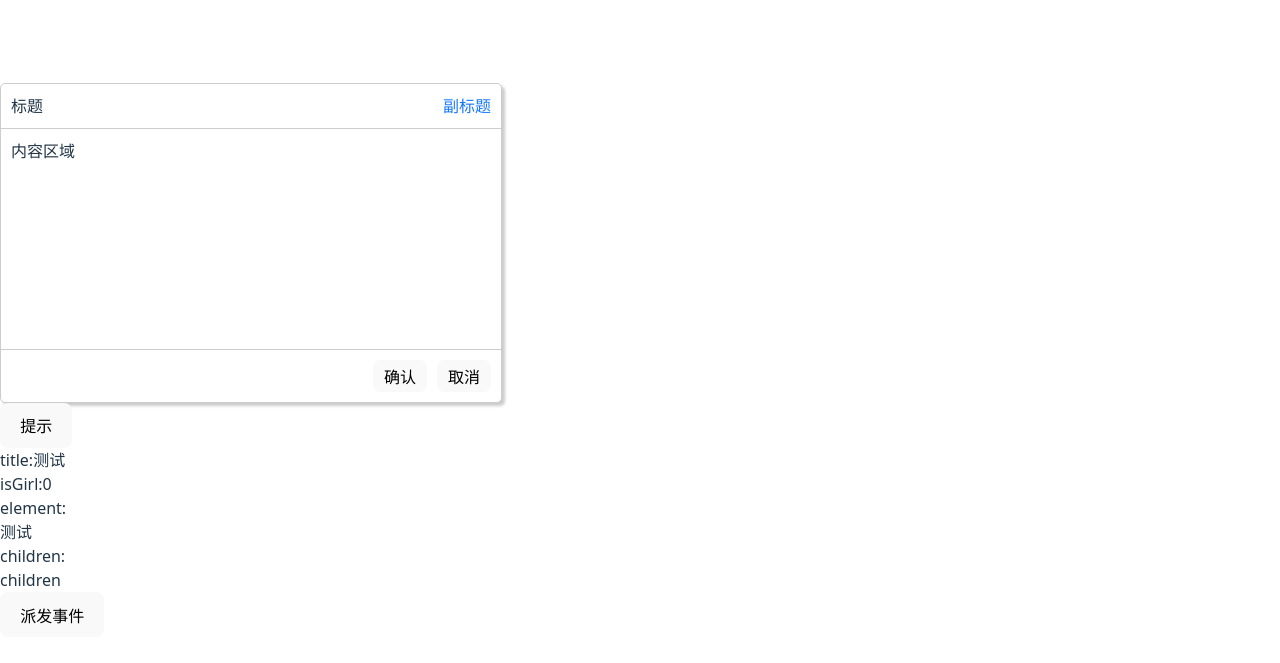
Repository: EDMZJJJ/learn-react
Page: /
The author's editor kept a copy of each file at every save. The page is drawn from the files as they stood at one save, then again after the next save.
The browser window is 1280 px wide. The pictures show the whole page.
The project was rebuilt for these pictures with package versions that can differ from the ones it lists, and the page was loaded fresh each time. Also part of the build but not shown: vite.config.ts, src/components/Message/index.css, src/components/Message/index.tsx.

Above is the page before, as saved 2026-03-10 23:12:07.

### index.html
<!doctype html>
<html lang="en">
  <head>
    <meta charset="UTF-8" />
    <link rel="icon" type="image/svg+xml" href="/vite.svg" />
    <meta name="viewport" content="width=device-width, initial-scale=1.0" />
    <title>learn-react</title>
  </head>
  <body>
    <div id="root"></div>
    <script type="module" src="/src/main.tsx"></script>
  </body>
</html>

### src/main.tsx
import { StrictMode } from 'react'
import { createRoot } from 'react-dom/client'
import './index.css'
import App from './App.tsx'
import './components/Message/index.tsx'
createRoot(document.getElementById('root')!).render(
  <StrictMode>
    <App />
  </StrictMode>,
)

### src/App.tsx
import Card from "./components/Card"
import Test from "./components/Test"

function App() {
  //所有hook都必须在组件的最顶层调用，不能在循环或条件语句中调用它。
  const fn = (params:string)=>{
    console.log('子组件触发了 父组件的事件',params)
  }
  return (
    <>
      <Card></Card>
      {/* 全局组件 */}
      <button onClick={() => window.onShow()}>提示</button>

      {/* 组件通信 */}
      <Test
        title={'测试'}
        id={1}
        obj={{ a: 1, b: 2 }}
        arr={[1, 2, 3]}
        cb={(a: number, b: number) => a + b}
        empty={null}
        element={<div>测试</div>}
        isGirl={false}
        callback={fn}
      >
        <div>children</div>
      </Test>
    </>
  )
}

export default App

### src/components/Card/index.tsx
import './index.css'

export default function Card() {
    return (
        <div className='card'>
            <header>
                <div>标题</div>
                <div>副标题</div>
            </header>
            <main>
                内容区域
            </main>
            <footer>
                 <button>确认</button>
                 <button>取消</button>
            </footer>
        </div>
    )
}

### src/components/Test/index.tsx
import type { JSX } from "react"
import React from "react"
interface Props {
    title?: string
    id: number
    obj: {
        a: number
        b: number
    }
    arr: number[]
    cb: (a: number, b: number) => number
    empty: null
    element: JSX.Element,
    isGirl:boolean,
    children?:React.ReactNode, //在之前的版本children是不需要手动定义的，在18之后改为需要手动定义类型
    callback:(params: string) => void
}
// 第二种默认值的方式
// const defaultProps: Partial<Props> = {
//     title: '默认标题',
// }
// const Test:React.FC<Props> = (props)=>{
// const { title } = { ...defaultProps, ...props }
//   console.log(props)
//   return (
//     <>
//     <div>title:{title}</div>
//     <div>isGirl:{props.isGirl?1:0}</div>
//     <div>子组件test:{props.element}</div>
//     </>
//   )
// }

// React.FC是函数式组件，是在TS使用的一个范型。FC是Function Component的缩写
// React.FC 帮助我们自动推导Props的类型。

// 第一种默认值的方式
const Test:React.FC<Props> = ({title = '默认标题',...props})=>{
  console.log(props)

  // 兄弟通信
  const event= new Event('on-card') //添加到事件中心
  const clickTap=()=>{
    console.log(event);
    event.params={name:'我见过龙'}
    window.dispatchEvent(event)

  }

  return (
    <>
    <div>title:{title}</div>
    <div>isGirl:{props.isGirl?1:0}</div>
    <div>element:{props.element}</div>
    <div>children:{props.children}</div>
    <button onClick={() => props.callback('我见过龙')}>派发事件</button>
    </>
  )
}
export default Test

### src/components/Card/index.css
.card {
  background: white;
  border-radius: 5px;
  border: 1px solid #ccc;
  width: 500px;
  box-shadow: 3px 3px 3px #ccc;

  header {
    display: flex;
    justify-content: space-between;
    align-items: center;
    border-bottom: 1px solid #ccc;
    padding: 10px;

    div:last-child {
      color: #1677ff;
    }
  }

  main {
    min-height: 200px;
    border-bottom: 1px solid #ccc;
    padding: 10px;
  }
  footer {
    display: flex;
    justify-content: flex-end;
    align-items: center;
    padding: 10px;
    button {
      margin-left: 10px;
      padding: 3px 10px;
    }
  }
}

Loaded but not shown: src/index.css (common file)

After the next save:
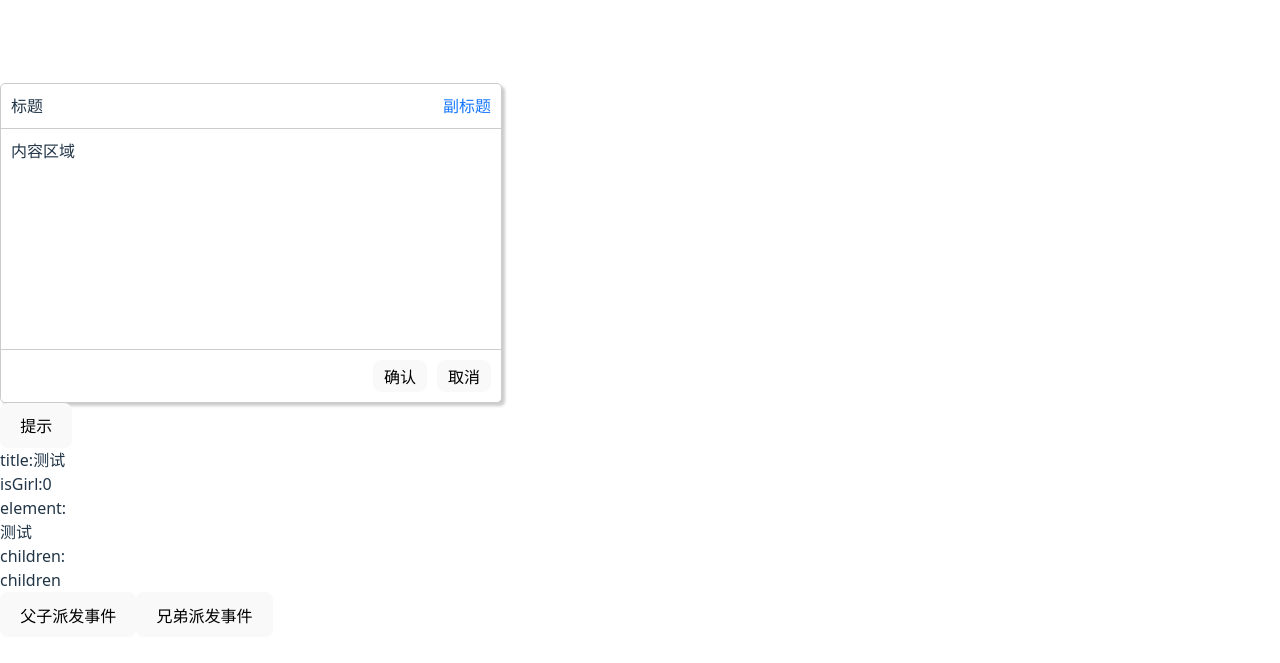
Saved 32 s later.
--- a/src/components/Test/index.tsx
+++ b/src/components/Test/index.tsx
@@ -53,7 +53,8 @@ const Test:React.FC<Props> = ({title = '默认标题',...props})=>{
     <div>isGirl:{props.isGirl?1:0}</div>
     <div>element:{props.element}</div>
     <div>children:{props.children}</div>
-    <button onClick={() => props.callback('我见过龙')}>派发事件</button>
+    <button onClick={() => props.callback('我见过龙')}>父子派发事件</button>
+    <button onClick={clickTap}>兄弟派发事件</button>
     </>
   )
 }
